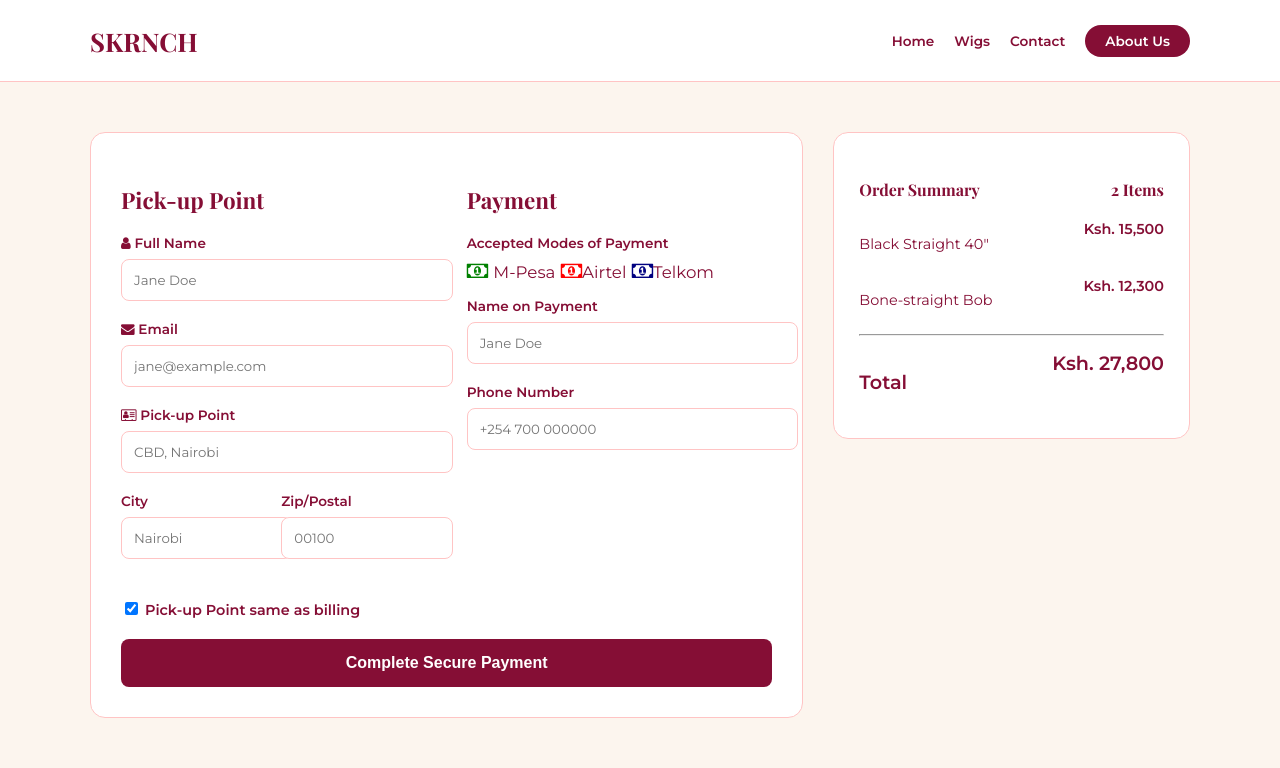
Repository: ndirituart/Portfolio
Page: paymentpage.html
These files come from the project's save history. The page is drawn as it stood at one moment and after the next save; the edit follows.
The browser window is 1280 px wide. The pictures show the whole page.
Some web fonts or font styles are not loaded; a fallback is used.

Above is the page before, as saved 2026-02-04 13:47:48.

### paymentpage.html
<!DOCTYPE html>
<html lang="en">
<head>
    <meta charset="UTF-8">
    <meta name="viewport" content="width=device-width, initial-scale=1.0">
    <title>Checkout | SKRNCH </title>
    <link href="https://fonts.googleapis.com/css2?family=Playfair+Display:ital,wght@0,700;1,700&family=Montserrat:wght@400;600&display=swap" rel="stylesheet">
    <link rel="stylesheet" href="https://cdnjs.cloudflare.com/ajax/libs/font-awesome/4.7.0/css/font-awesome.min.css">
</head>
<body>

    <header class="main-header">
        <div class="container">
            <div class="logo">SKRNCH </div>
            <nav>
                <ul>
                    <li><a href="Homepage.html">Home</a></li>
                    <li><a href="buywigs.html">Wigs</a></li>
                    <li><a href="contact.html">Contact</a></li>
                    <li><a href="about.html" class="btn-small">About Us</a></li>
                </ul>
            </nav>
        </div>
    </header>

    <main class="container checkout-section">
        <div class="checkout-grid">

            <div class="checkout-form-container">
                <form action="/submit_payment">
                    <div class="form-row">
                        <div class="form-col">
                            <h3>Pick-up Point</h3>
                            <label for="fname"><i class="fa fa-user"></i> Full Name</label>
                            <input type="text" id="fname" name="firstname" placeholder="Jane Doe">

                            <label for="email"><i class="fa fa-envelope"></i> Email</label>
                            <input type="text" id="email" name="email" placeholder="jane@example.com">

                            <label for="adr"><i class="fa fa-address-card-o"></i> Pick-up Point</label>
                            <input type="text" id="adr" name="address" placeholder="CBD, Nairobi">

                            <div class="inner-row">
                                <div class="form-col">
                                    <label for="city">City</label>
                                    <input type="text" id="city" name="city" placeholder="Nairobi">
                                </div>
                                <div class="form-col">
                                    <label for="zip">Zip/Postal</label>
                                    <input type="text" id="zip" name="zip" placeholder="00100">
                                </div>
                            </div>
                        </div>

                        <div class="form-col">
                            <h3>Payment</h3>
                            <label>Accepted Modes of Payment</label>
                            <div class="icon-container">
                                 <i class="fa fa-money" style="color:green;"></i> <small>M-Pesa</small>
                                <i class="fa fa-money" style="color:red;"></i><small>Airtel</small>
                                 <i class="fa fa-money" style="color:navy;"></i><small>Telkom</small>
                            </div>

                            <label for="cname">Name on Payment</label>
                            <input type="text" id="cname" name="customername" placeholder="Jane Doe">

                            <label for="ccnum">Phone Number</label>
                            <input type="text" id="phnum" name="phonenumber" placeholder="+254 700 000000">
                        </div>
                    </div>

                    <label class="checkbox-container">
                        <input type="checkbox" checked="checked" name="sameadr"> Pick-up Point same as billing
                    </label>
                    <button type="submit" class="btn-checkout">Complete Secure Payment</button>
                </form>
            </div>

            <div class="cart-summary">
                <h4>Order Summary <span class="cart-count">2 Items</span></h4>
                <div class="cart-item">
                    <p>Black Straight 40"</p>
                    <span class="item-price">Ksh. 15,500</span>
                </div>
                <div class="cart-item">
                    <p>Bone-straight Bob</p>
                    <span class="item-price">Ksh. 12,300</span>
                </div>
                <hr>
                <div class="cart-total">
                    <p>Total</p>
                    <span>Ksh. 27,800</span>
                </div>
            </div>
        </div>
    </main>

    </body>
</html>

    <style>
        :root {
            --cream: #FCF5EE;
            --pink: #FFC4C4;
            --rose: #EE6983;
            --burgundy: #850E35;
            --heading-font: 'Playfair Display', serif;
            --body-font: 'Montserrat', sans-serif;
        }

        body {
            background-color: var(--cream);
            font-family: var(--body-font);
            color: var(--burgundy);
            margin: 0;
        }

        .container {
            max-width: 1100px;
            margin: 0 auto;
            padding: 0 20px;
        }

        /* --- HEADER --- */
        .main-header {
            background: white;
            padding: 15px 0;
            border-bottom: 1px solid var(--pink);
            position: sticky;
            top: 0;
            z-index: 100;
        }

        .main-header .container {
            display: flex;
            justify-content: space-between;
            align-items: center;
        }

        .logo {
            font-family: var(--heading-font);
            font-size: 1.6rem;
            font-weight: 700;
        }

        nav ul {
            display: flex;
            list-style: none;
            gap: 20px;
            align-items: center;
        }

        nav ul li a {
            text-decoration: none;
            color: var(--burgundy);
            font-weight: 600;
            font-size: 0.85rem;
        }

        .btn-small {
            background: var(--burgundy);
            color: white !important;
            padding: 8px 20px;
            border-radius: 50px;
        }

        /* --- CHECKOUT GRID --- */
        .checkout-section { padding: 50px 20px; }

        .checkout-grid {
            display: grid;
            grid-template-columns: 2fr 1fr;
            gap: 30px;
            align-items: start;
        }

        .checkout-form-container {
            background: white;
            padding: 30px;
            border-radius: 15px;
            border: 1px solid var(--pink);
        }

        .form-row {
            display: grid;
            grid-template-columns: 1fr 1fr;
            gap: 40px;
        }

        .inner-row {
            display: grid;
            grid-template-columns: 1fr 1fr;
            gap: 15px;
        }

        h3 {
            font-family: var(--heading-font);
            margin-bottom: 20px;
            font-size: 1.4rem;
        }

        label {
            display: block;
            margin-bottom: 8px;
            font-size: 0.85rem;
            font-weight: 600;
        }

        input[type="text"] {
            width: 100%;
            padding: 12px;
            margin-bottom: 20px;
            border: 1px solid var(--pink);
            border-radius: 8px;
            font-family: var(--body-font);
        }

        input[type="text"]:focus {
            outline: none;
            border-color: var(--rose);
            background-color: #fffafb;
        }

        .icon-container {
            font-size: 20px;
            margin-bottom: 15px;
        }

        .checkbox-container {
            margin: 20px 0;
            font-size: 0.9rem;
        }

        .btn-checkout {
            background: var(--burgundy);
            color: white;
            width: 100%;
            padding: 15px;
            border: none;
            border-radius: 8px;
            font-weight: 700;
            font-size: 1rem;
            cursor: pointer;
            transition: 0.3s;
        }

        .btn-checkout:hover {
            background: var(--rose);
        }

        /* --- SUMMARY SIDEBAR --- */
        .cart-summary {
            background: white;
            padding: 25px;
            border-radius: 15px;
            border: 1px solid var(--pink);
            position: sticky;
            top: 100px;
        }

        .cart-summary h4 {
            display: flex;
            justify-content: space-between;
            margin-bottom: 20px;
            font-family: var(--heading-font);
        }

        .cart-item {
            display: flex;
            justify-content: space-between;
            margin-bottom: 10px;
            font-size: 0.9rem;
        }

        .item-price { font-weight: 600; }

        .cart-total {
            display: flex;
            justify-content: space-between;
            font-weight: 700;
            font-size: 1.2rem;
            margin-top: 15px;
        }

        /* RESPONSIVE */
        @media (max-width: 850px) {
            .checkout-grid { grid-template-columns: 1fr; }
            .form-row { grid-template-columns: 1fr; gap: 20px; }
            .cart-summary { order: -1; position: static; }
        }
    </style>

After the next save:
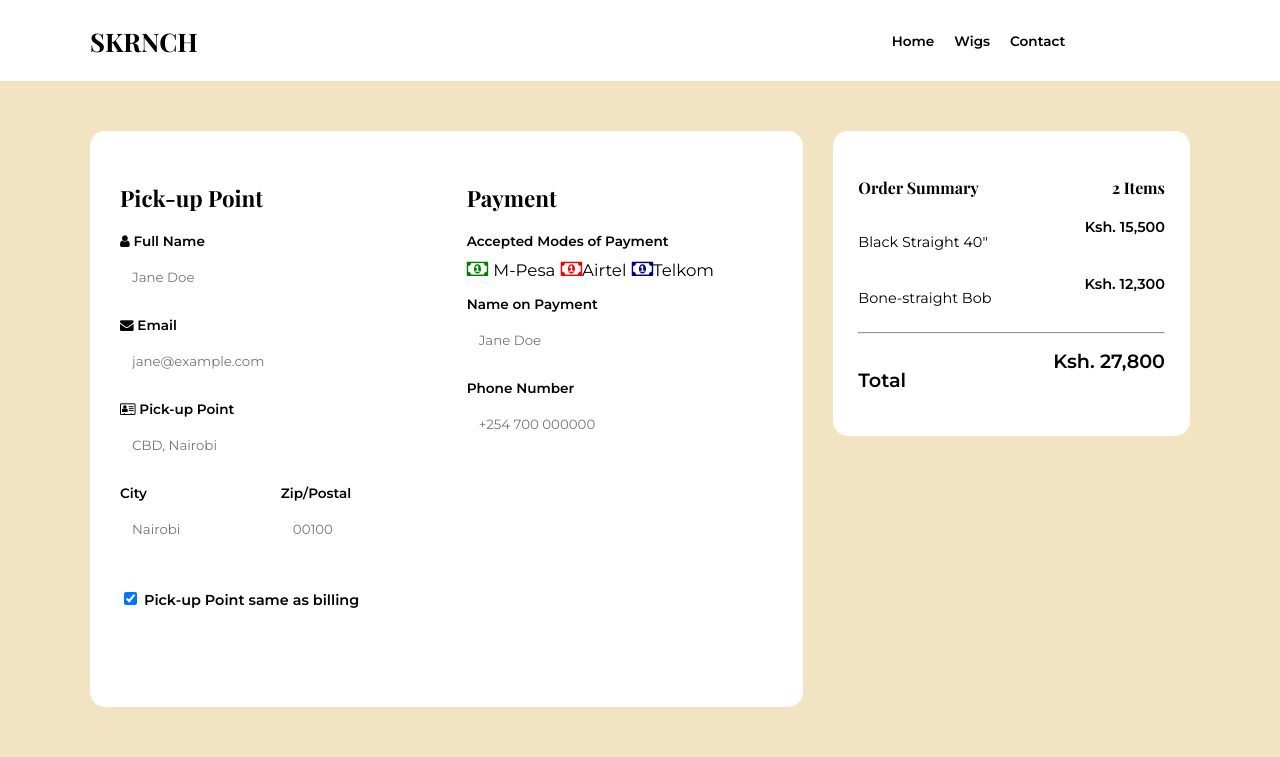
Saved 3 min 5 s later.
--- a/paymentpage.html
+++ b/paymentpage.html
@@ -99,14 +99,21 @@
 </html>
 
     <style>
-        :root {
-            --cream: #FCF5EE;
-            --pink: #FFC4C4;
-            --rose: #EE6983;
-            --burgundy: #850E35;
-            --heading-font: 'Playfair Display', serif;
-            --body-font: 'Montserrat', sans-serif;
-        }
+          :root {
+    /* Primary Background & UI */
+    --cream: #F2E3C2;
+    --sand: #E5DED2;
+
+    /* Brand & Accent Colors */
+    --bronze: #A67C52;
+    --gold-leaf: #C5B081;
+    --deep-cocoa: #967969;
+
+    /* Layout & Typography */
+    --max-width: 1200px;
+    --heading-font: 'Playfair Display', serif;
+    --body-font: 'Montserrat', sans-serif;
+}
 
         body {
             background-color: var(--cream);
